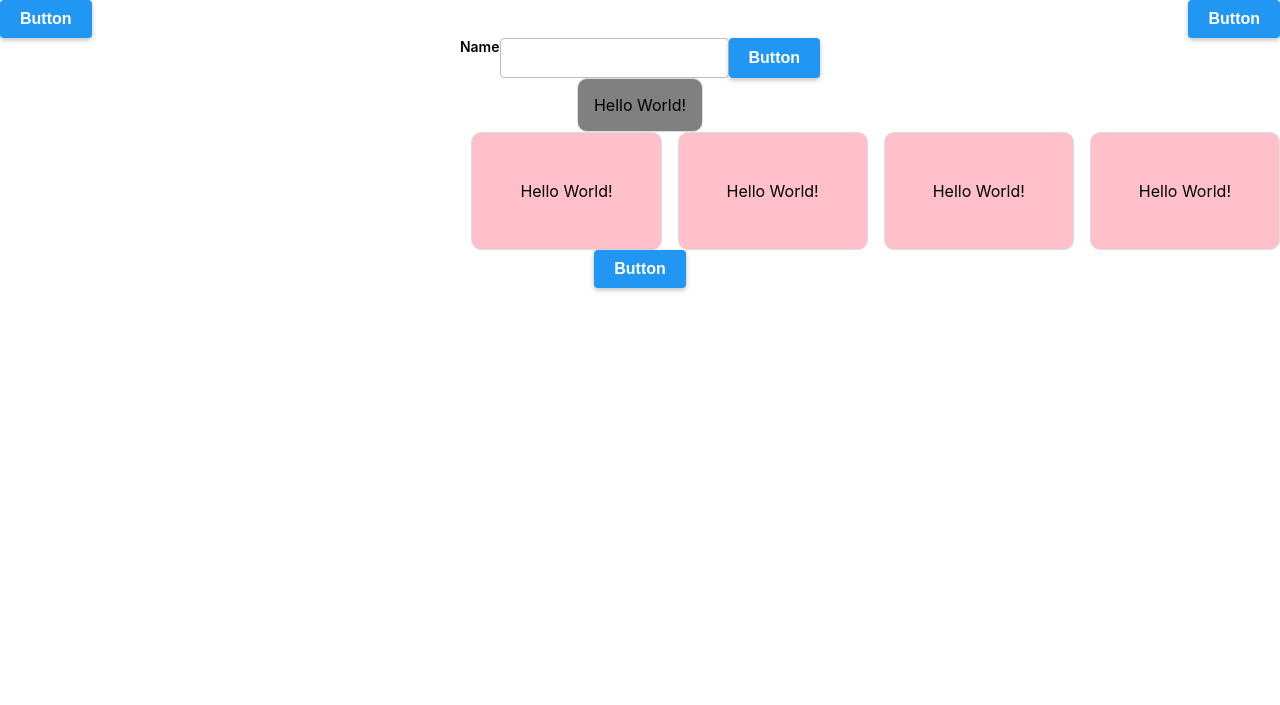
Repository: roistyx/react
Page: /components (app in layouts-app/)
The author's editor kept a copy of each file at every save. The page is drawn from the files as they stood at one save, then again after the next save.
The browser window is 1280 px wide. The pictures show the whole page.
The project was rebuilt for these pictures with package versions that can differ from the ones it lists, and the page was loaded fresh each time. Also part of the build but not shown: layouts-app/src/layouts/Grid.css.

Above is the page before, as saved 2023-04-27 14:46:29.

### layouts-app/src/App.js
import React from 'react';
import { Between, SpaceEvenly, Center, FlexEnd } from './layouts/Line';
import { Btn } from './elements/Btn';
import { Rows } from './layouts/Line';
import SearchField from './elements/TextField';
import { AlignCenter } from './layouts/Line';
import { Box } from './layouts/Box';

export default function App() {
	return (
		<div>
			<Between>
				<Btn>Button</Btn>
				<Btn>Button</Btn>
			</Between>
			<Rows>
				<AlignCenter>
					<SearchField />
				</AlignCenter>
			</Rows>
			<Center>
				<Box bgColor="grey" borderRadius="10px" gap="1rem">
					<span>Hello World!</span>
				</Box>
			</Center>
			<FlexEnd>
				<Box bgColor="pink" borderRadius="10px" gap="3rem">
					<span>Hello World!</span>
				</Box>
				<Box bgColor="pink" borderRadius="10px" gap="3rem">
					<span>Hello World!</span>
				</Box>
				<Box bgColor="pink" borderRadius="10px" gap="3rem">
					<span>Hello World!</span>
				</Box>
				<Box bgColor="pink" borderRadius="10px" gap="3rem">
					<span>Hello World!</span>
				</Box>
			</FlexEnd>
			<Center>
				<Btn>Button</Btn>
			</Center>
		</div>
	);
}

### layouts-app/src/layouts/Line.js
import './Line.css';

export const Line = ({ children, addClass }) => {
	return <div className={`Line ${addClass || ''}`}>{children}</div>;
};

export const FlexEnd = (props) => {
	return <Line {...props} addClass="flex-end" />;
};

export const Between = (props) => {
	return <Line {...props} addClass="between" />;
};

export const Center = (props) => {
	return <Line {...props} addClass="center" />;
};

export const SpaceEvenly = (props) => {
	return <Line {...props} addClass="evenly" />;
};

export const Rows = (props) => {
	return <Line {...props} addClass="rows" />;
};

export const AlignStart = ({ children }) => {
	return <div className="AlignStart">{children}</div>;
};

export const AlignCenter = ({ children }) => {
	return <div className="AlignCenter">{children}</div>;
};

### layouts-app/src/elements/Btn.js
import { Button } from '@mui/material';
import './Btn.css';
export const Btn = ({ children }) => {
	return (
		<button className="Btn">
			<span>{children}</span>{' '}
		</button>
		// <Button variant="contained" color="primary">
		// 	{' '}
		// 	<span>{children}</span>{' '}
		// </Button>
	);
};

### layouts-app/src/elements/TextField.js
import '../elements/TextField.css';
import React from 'react';
import { Btn } from '../elements/Btn.js';
import { TextField } from '@mui/material';

const SearchField = () => {
	return (
		<div>
			<form class="text-field">
				<label for="name">Name</label>
				<input type="text" id="name" name="name" />
				<Btn>Button</Btn>
			</form>
		</div>
	);
};

export default SearchField;

### layouts-app/src/layouts/Box.js
import './Box.css';

export const Box = ({ bgColor, borderRadius, gap, children }) => {
	const style = {
		...(bgColor ? { '--background': bgColor } : {}),
		...(borderRadius ? { '--border-radius': borderRadius } : {}),
		...(gap ? { '--gap': gap } : {}),
	};

	return (
		<div className="Box" style={style}>
			{children}
		</div>
	);
};

### layouts-app/src/layouts/Line.css
.Line {
	display: flex;
	gap: var(--gap);
	height: 100%;
	align-items: center;
}

.Line.flex-end {
	justify-content: flex-end;
}

.Line.between {
	justify-content: space-between;
}

.Line.center {
	justify-content: center;
}

.Line.evenly {
	justify-content: space-evenly;
}

.Line.around {
	justify-content: space-around;
}

.Line.rows {
	flex-direction: column;
	align-items: stretch;
}

.AlignStart {
	align-self: flex-start;
}

.AlignCenter {
	align-self: center;
}

### layouts-app/src/elements/Btn.css
.Btn {
	display: inline-block;
	padding: 10px 20px;
	font-size: 16px;
	font-weight: 600;
	text-align: center;
	text-decoration: none;
	background-color: #2196f3;
	color: #fff;
	border-radius: 4px;
	border: none;
	cursor: pointer;
	box-shadow: 0px 2px 5px rgba(0, 0, 0, 0.25);
	transition: background-color 0.3s ease;
}
.Btn:hover {
	background-color: #0d6ec3;
}

### layouts-app/src/elements/TextField.css
.text-field {
	display: flex;
	flex-direction: row;
}

.text-field label {
	font-size: 14px;
	font-weight: 600;
	margin-bottom: 5px;
}

.text-field input {
	padding: 10px;
	font-size: 16px;
	border-radius: 4px;
	border: 1px solid #bdbdbd;
	transition: border-color 0.3s ease;
}
.text-field input:focus {
	outline: none;
	border-color: #2196f3;
}

### layouts-app/src/layouts/Box.css
:root {
	--background: green;
	--border: #ddd;
	--gap: 1rem;
	--border-radius: 0.25rem;
}

.Box {
	background-color: var(--background);
	border: 1px solid var(--border);
	padding: var(--gap);
	border-radius: var(--border-radius);
}

### layouts-app/src/layouts/Grid.js
import './Grid.css';

export const Grid = ({ bgColor, gap, children }) => {
	const style = {
		...(bgColor ? { '--background': bgColor } : {}),
		...(gap ? { '--gap': gap } : {}),
	};
	return (
		<div className="Grid" style={style}>
			{children}
		</div>
	);
};

Loaded but not shown: layouts-app/public/index.html (common file); layouts-app/src/index.js (common file); layouts-app/src/index.css (common file); layouts-app/src/reportWebVitals.js (common file)

After the next save:
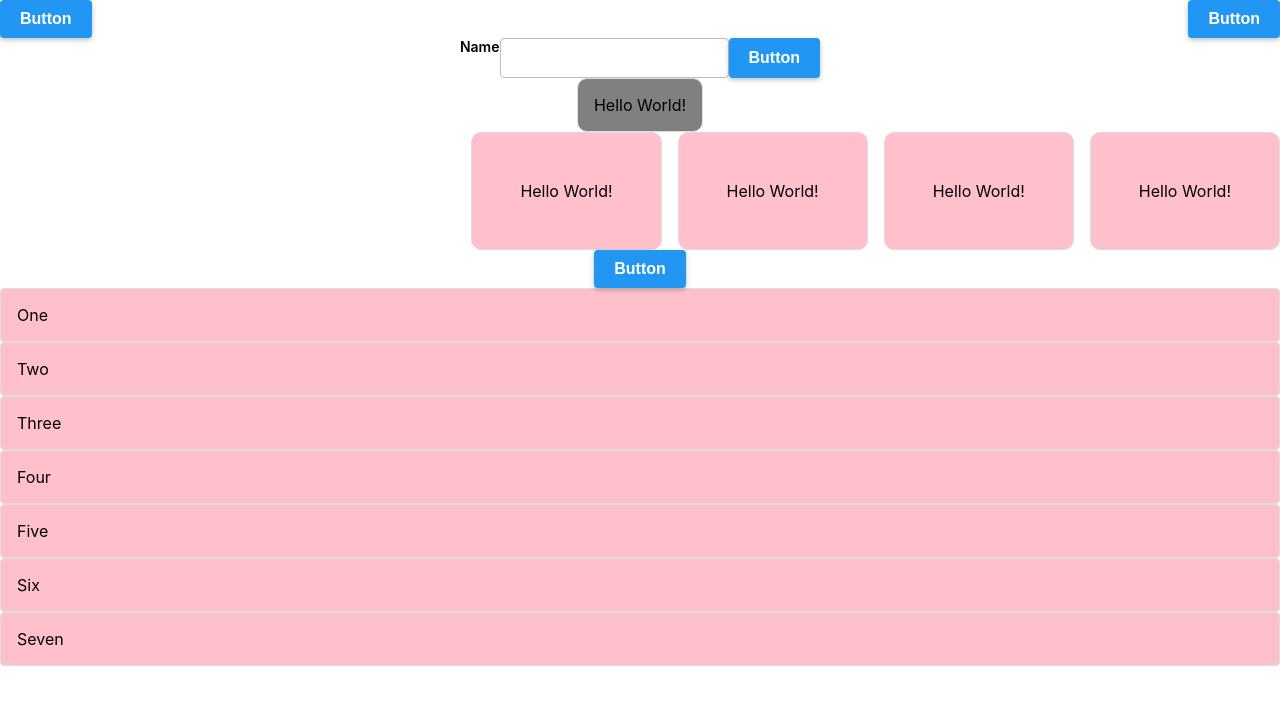
Saved 114 s later.
--- a/layouts-app/src/App.js
+++ b/layouts-app/src/App.js
@@ -5,6 +5,7 @@ import { Rows } from './layouts/Line';
 import SearchField from './elements/TextField';
 import { AlignCenter } from './layouts/Line';
 import { Box } from './layouts/Box';
+import { Grid } from './layouts/Grid';
 
 export default function App() {
 	return (
@@ -40,6 +41,15 @@ export default function App() {
 			<Center>
 				<Btn>Button</Btn>
 			</Center>
+			<Grid gap="1rem" bgColor="pink">
+				<Box>One</Box>
+				<Box>Two</Box>
+				<Box>Three</Box>
+				<Box>Four</Box>
+				<Box>Five</Box>
+				<Box>Six</Box>
+				<Box>Seven</Box>
+			</Grid>
 		</div>
 	);
 }
